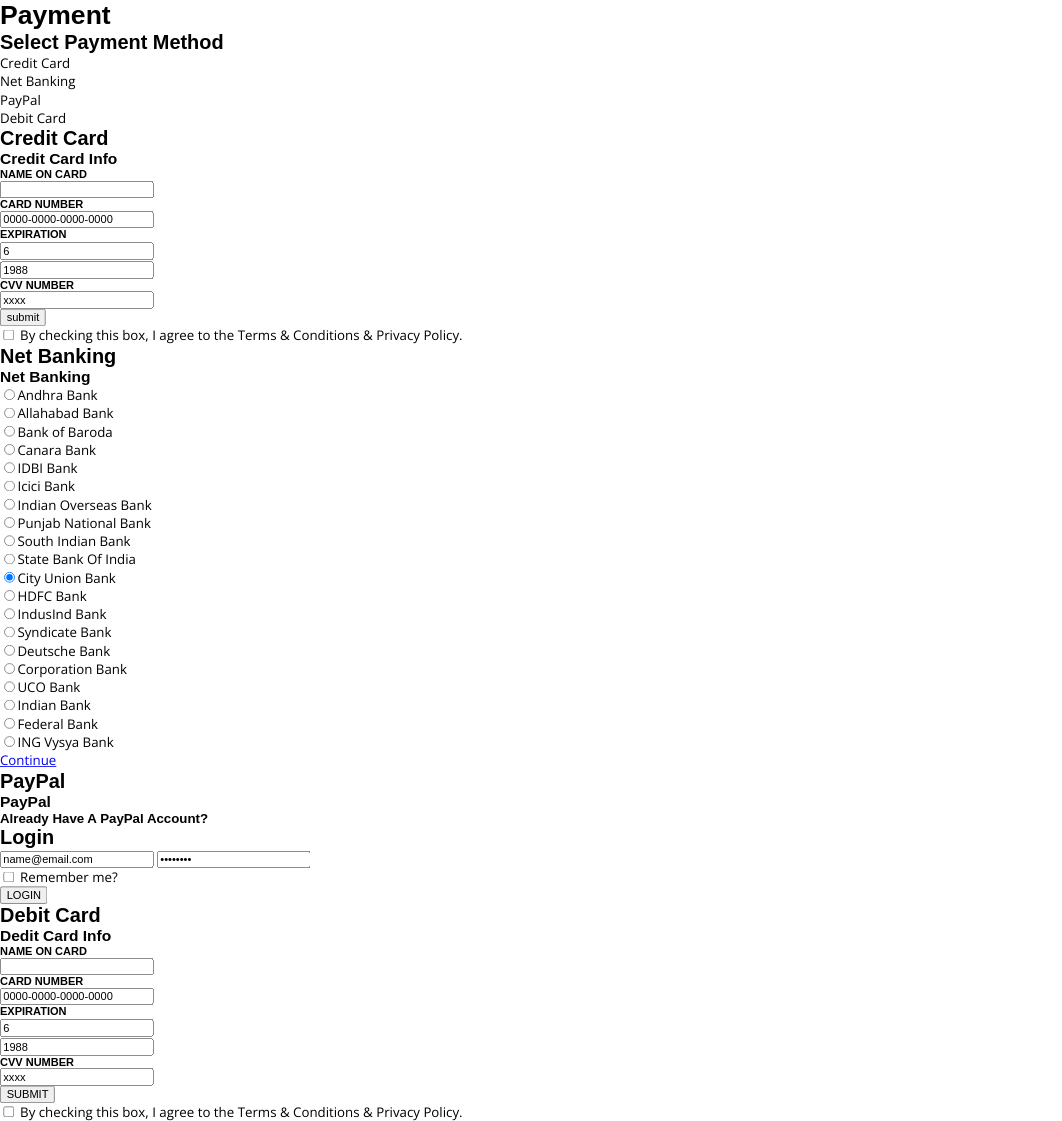
Repository: abinbabu/project-1-final
Page: http://localhost/shoppingcartfront/WEB-INF/views/lastpage.jsp
An editor plug-in stored every save of this project. The page is shown before and after the next save, followed by the edit.
The browser window is 1280 px wide. The pictures show the whole page, at 83% of full size.
Some web fonts or font styles are not loaded; a fallback is used. The page is served by Tomcat 9. Nobody is signed in. Other server files are loaded and not shown. The template is opened directly, without the code that normally fills it, so the values that code supplies are empty.

Above is the page before, as saved 2016-08-21 09:43:53.

### final complete/shoppingcartfront/src/main/webapp/WEB-INF/views/lastpage.jsp
<%@ page language="java" contentType="text/html; charset=ISO-8859-1"
    pageEncoding="ISO-8859-1"%>
    <%@ taglib prefix="spring" uri="http://www.springframework.org/tags"%>
<%@ taglib uri="http://java.sun.com/jsp/jstl/core" prefix="c"%>
<!DOCTYPE html PUBLIC "-//W3C//DTD HTML 4.01 Transitional//EN" "http://www.w3.org/TR/html4/loose.dtd">
<html>
<head>
<meta http-equiv="Content-Type" content="text/html; charset=ISO-8859-1">
<link href="<c:url value="/resources/css/style.css" />"
	rel="stylesheet">
	<link href='//fonts.googleapis.com/css?family=Fugaz+One' rel='stylesheet' type='text/css'>
<link href='//fonts.googleapis.com/css?family=Alegreya+Sans:400,100,100italic,300,300italic,400italic,500,500italic,700,700italic,800,800italic,900,900italic' rel='stylesheet' type='text/css'>
<link href='//fonts.googleapis.com/css?family=Open+Sans:400,300,300italic,400italic,600,600italic,700,700italic,800,800italic' rel='stylesheet' type='text/css'>
<script src="<c:url value="/resources/js/jquery.min.js" />"></script>


<title>payment</title>
</head>
<body>
<div class="main">
		<h1>Payment</h1>
		<div class="content">

			<script src="<c:url value="/resources/js/easyResponsiveTabs.js" />" type="text/javascript"></script>
					<script type="text/javascript">
						$(document).ready(function () {
							$('#horizontalTab').easyResponsiveTabs({
								type: 'default', //Types: default, vertical, accordion
								width: 'auto', //auto or any width like 600px
								fit: true   // 100% fit in a container
							});
						});

					</script>
						<div class="sap_tabs">
							<div id="horizontalTab" style="display: block; width: 100%; margin: 0px;">
								<div class="pay-tabs">
									<h2>Select Payment Method</h2>
									  <ul class="resp-tabs-list">
										  <li class="resp-tab-item" aria-controls="tab_item-0" role="tab"><span><label class="pic1"></label>Credit Card</span></li>
										  <li class="resp-tab-item" aria-controls="tab_item-1" role="tab"><span><label class="pic3"></label>Net Banking</span></li>
										  <li class="resp-tab-item" aria-controls="tab_item-2" role="tab"><span><label class="pic4"></label>PayPal</span></li>
										  <li class="resp-tab-item" aria-controls="tab_item-3" role="tab"><span><label class="pic2"></label>Debit Card</span></li>
										  <div class="clear"></div>
									  </ul>
								</div>
								<div class="resp-tabs-container">
									<div class="tab-1 resp-tab-content" aria-labelledby="tab_item-0">
										<div class="payment-info">

											<h3 class="pay-title">Credit Card Info</h3>
											<form>
												<div class="tab-for">
													<h5>NAME ON CARD</h5>
														<input type="text" value="">
													<h5>CARD NUMBER</h5>
														<input class="pay-logo" type="text" value="0000-0000-0000-0000" onfocus="this.value = '';" onblur="if (this.value == '') {this.value = '0000-0000-0000-0000';}" required="">
												</div>
												<div class="transaction">
													<div class="tab-form-left user-form">
														<h5>EXPIRATION</h5>
															<ul>
																<li>
																	<input type="number" class="text_box" type="text" value="6" min="1" />
																</li>
																<li>
																	<input type="number" class="text_box" type="text" value="1988" min="1" />
																</li>

															</ul>
													</div>
													<div class="tab-form-right user-form-rt">
														<h5>CVV NUMBER</h5>
														<input type="text" value="xxxx" onfocus="this.value = '';" onblur="if (this.value == '') {this.value = 'xxxx';}" required="">
													</div>
													<div class="clear"></div>
												</div>
												<div id="welcomeDiv"  style="display:none;" class="answer_list" > thanks for purchasing</div>
<input type="button" name="answer" value="submit" onclick="showDiv()" />
<script>
function showDiv() {
   document.getElementById('welcomeDiv').style.display = "block";
}</script>

											</form>
											<div class="single-bottom">
													<ul>
														<li>
															<input type="checkbox"  id="brand" value="">
															<label for="brand"><span></span>By checking this box, I agree to the Terms & Conditions & Privacy Policy.</label>
														</li>
													</ul>
											</div>
										</div>
									</div>
									<div class="tab-1 resp-tab-content" aria-labelledby="tab_item-1">
										<div class="payment-info">
											<h3>Net Banking</h3>
											<div class="radio-btns">
												<div class="swit">
													<div class="check_box"> <div class="radio"> <label><input type="radio" name="radio" checked=""><i></i>Andhra Bank</label> </div></div>
													<div class="check_box"> <div class="radio"> <label><input type="radio" name="radio"><i></i>Allahabad Bank</label> </div></div>
													<div class="check_box"> <div class="radio"> <label><input type="radio" name="radio"><i></i>Bank of Baroda</label> </div></div>
													<div class="check_box"> <div class="radio"> <label><input type="radio" name="radio"><i></i>Canara Bank</label> </div></div>
													<div class="check_box"> <div class="radio"> <label><input type="radio" name="radio"><i></i>IDBI Bank</label> </div></div>
													<div class="check_box"> <div class="radio"> <label><input type="radio" name="radio"><i></i>Icici Bank</label> </div></div>
													<div class="check_box"> <div class="radio"> <label><input type="radio" name="radio"><i></i>Indian Overseas Bank</label> </div></div>
													<div class="check_box"> <div class="radio"> <label><input type="radio" name="radio"><i></i>Punjab National Bank</label> </div></div>
													<div class="check_box"> <div class="radio"> <label><input type="radio" name="radio"><i></i>South Indian Bank</label> </div></div>
													<div class="check_box"> <div class="radio"> <label><input type="radio" name="radio"><i></i>State Bank Of India</label> </div></div>
												</div>
												<div class="swit">
													<div class="check_box"> <div class="radio"> <label><input type="radio" name="radio" checked=""><i></i>City Union Bank</label> </div></div>
													<div class="check_box"> <div class="radio"> <label><input type="radio" name="radio"><i></i>HDFC Bank</label> </div></div>
													<div class="check_box"> <div class="radio"> <label><input type="radio" name="radio"><i></i>IndusInd Bank</label> </div></div>
													<div class="check_box"> <div class="radio"> <label><input type="radio" name="radio"><i></i>Syndicate Bank</label> </div></div>
													<div class="check_box"> <div class="radio"> <label><input type="radio" name="radio"><i></i>Deutsche Bank</label> </div></div>
													<div class="check_box"> <div class="radio"> <label><input type="radio" name="radio"><i></i>Corporation Bank</label> </div></div>
													<div class="check_box"> <div class="radio"> <label><input type="radio" name="radio"><i></i>UCO Bank</label> </div></div>
													<div class="check_box"> <div class="radio"> <label><input type="radio" name="radio"><i></i>Indian Bank</label> </div></div>
													<div class="check_box"> <div class="radio"> <label><input type="radio" name="radio"><i></i>Federal Bank</label> </div></div>
													<div class="check_box"> <div class="radio"> <label><input type="radio" name="radio"><i></i>ING Vysya Bank</label> </div></div>
												</div>
												<div class="clear"></div>
											</div>
											<a href="#">Continue</a>
										</div>
									</div>
									<div class="tab-1 resp-tab-content" aria-labelledby="tab_item-2">
										<div class="payment-info">
											<h3>PayPal</h3>
											<h4>Already Have A PayPal Account?</h4>
											<div class="login-tab">
												<div class="user-login">
													<h2>Login</h2>

													<form>
														<input type="text" value="name@email.com" onfocus="this.value = '';" onblur="if (this.value == '') {this.value = 'name@email.com';}" required="">
														<input type="password" value="PASSWORD" onfocus="this.value = '';" onblur="if (this.value == '') {this.value = 'PASSWORD';}" required="">
															<div class="user-grids">
																<div class="user-left">
																	<div class="single-bottom">
																			<ul>
																				<li>
																					<input type="checkbox"  id="brand1" value="">
																					<label for="brand1"><span></span>Remember me?</label>
																				</li>
																			</ul>
																	</div>
																</div>
																<div class="user-right">
																	<input type="submit" value="LOGIN">
																</div>
																<div class="clear"></div>
															</div>
													</form>
												</div>
											</div>
										</div>
									</div>
									<div class="tab-1 resp-tab-content" aria-labelledby="tab_item-3">
										<div class="payment-info">

											<h3 class="pay-title">Dedit Card Info</h3>
											<form>
												<div class="tab-for">
													<h5>NAME ON CARD</h5>
														<input type="text" value="">
													<h5>CARD NUMBER</h5>
														<input class="pay-logo" type="text" value="0000-0000-0000-0000" onfocus="this.value = '';" onblur="if (this.value == '') {this.value = '0000-0000-0000-0000';}" required="">
												</div>
												<div class="transaction">
													<div class="tab-form-left user-form">
														<h5>EXPIRATION</h5>
															<ul>
																<li>
																	<input type="number" class="text_box" type="text" value="6" min="1" />
																</li>
																<li>
																	<input type="number" class="text_box" type="text" value="1988" min="1" />
																</li>

															</ul>
													</div>
													<div class="tab-form-right user-form-rt">
														<h5>CVV NUMBER</h5>
														<input type="text" value="xxxx" onfocus="this.value = '';" onblur="if (this.value == '') {this.value = 'xxxx';}" required="">
													</div>
													<div class="clear"></div>
												</div>
												<input type="submit" value="SUBMIT">
											</form>
											<div class="single-bottom">
													<ul>
														<li>
															<input type="checkbox"  id="brand" value="">
															<label for="brand"><span></span>By checking this box, I agree to the Terms & Conditions & Privacy Policy.</label>
														</li>
													</ul>
											</div>
										</div>
									</div>
								</div>
							</div>
						</div>

		</div>
		</div>
</body>
</html>

Loaded but not shown: final complete/shoppingcartfront/src/main/webapp/resources/js/jquery.min.js (library); final complete/shoppingcartfront/src/main/webapp/resources/js/easyResponsiveTabs.js (110 lines, source omitted); final complete/shoppingcartfront/src/main/webapp/resources/css/style.css (3419 lines, source omitted)

After the next save:
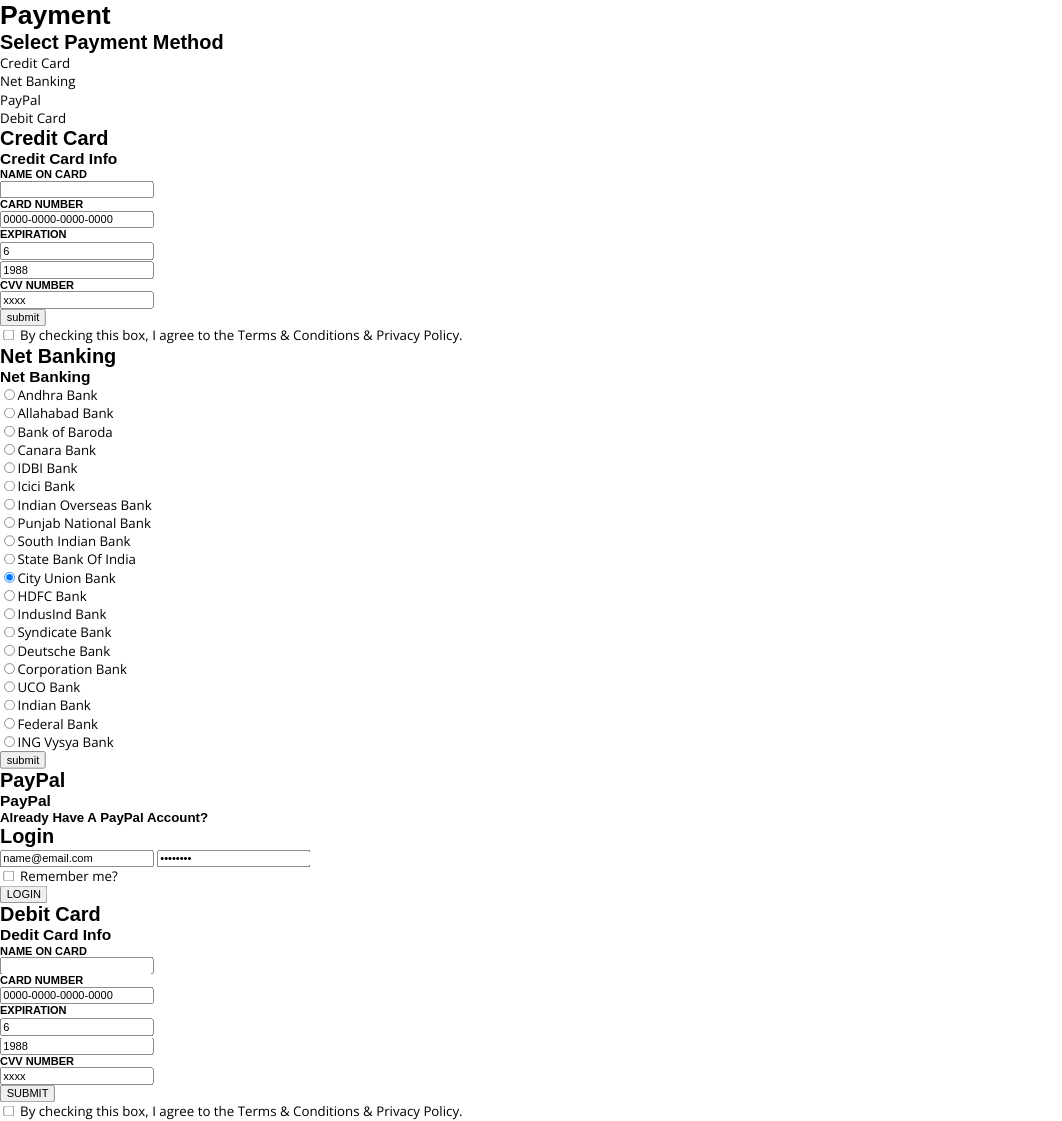
Saved 72 s later.
--- a/final complete/shoppingcartfront/src/main/webapp/WEB-INF/views/lastpage.jsp
+++ b/final complete/shoppingcartfront/src/main/webapp/WEB-INF/views/lastpage.jsp
@@ -123,7 +123,12 @@
 												</div>
 												<div class="clear"></div>
 											</div>
-											<a href="#">Continue</a>
+											<div id="welcomeDiv"  style="display:none;" class="answer_list" > thanks for purchasing</div>
+<input type="button" name="answer" value="submit" onclick="showDiv()" />
+<script>
+function showDiv() {
+   document.getElementById('welcomeDiv').style.display = "block";
+}</script>
 										</div>
 									</div>
 									<div class="tab-1 resp-tab-content" aria-labelledby="tab_item-2">

After the 2 saves that followed:
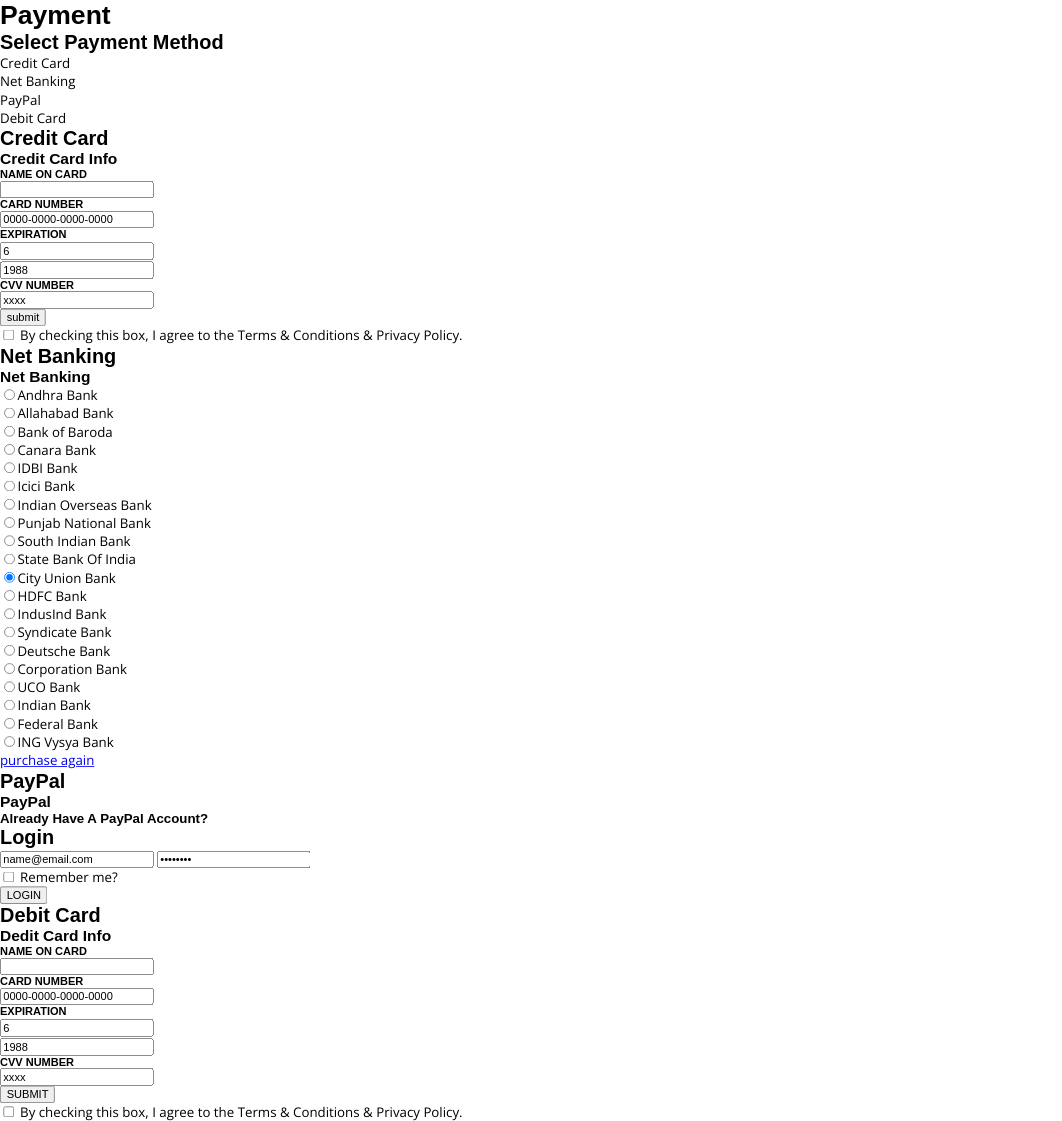
The 2 saves are shown as one change because 1 left the picture as it was.
The last was saved 110 s later.
--- a/final complete/shoppingcartfront/src/main/webapp/WEB-INF/views/lastpage.jsp
+++ b/final complete/shoppingcartfront/src/main/webapp/WEB-INF/views/lastpage.jsp
@@ -123,12 +123,7 @@
 												</div>
 												<div class="clear"></div>
 											</div>
-											<div id="welcomeDiv"  style="display:none;" class="answer_list" > thanks for purchasing</div>
-<input type="button" name="answer" value="submit" onclick="showDiv()" />
-<script>
-function showDiv() {
-   document.getElementById('welcomeDiv').style.display = "block";
-}</script>
+											<a href="#">purchase again</a>
 										</div>
 									</div>
 									<div class="tab-1 resp-tab-content" aria-labelledby="tab_item-2">
